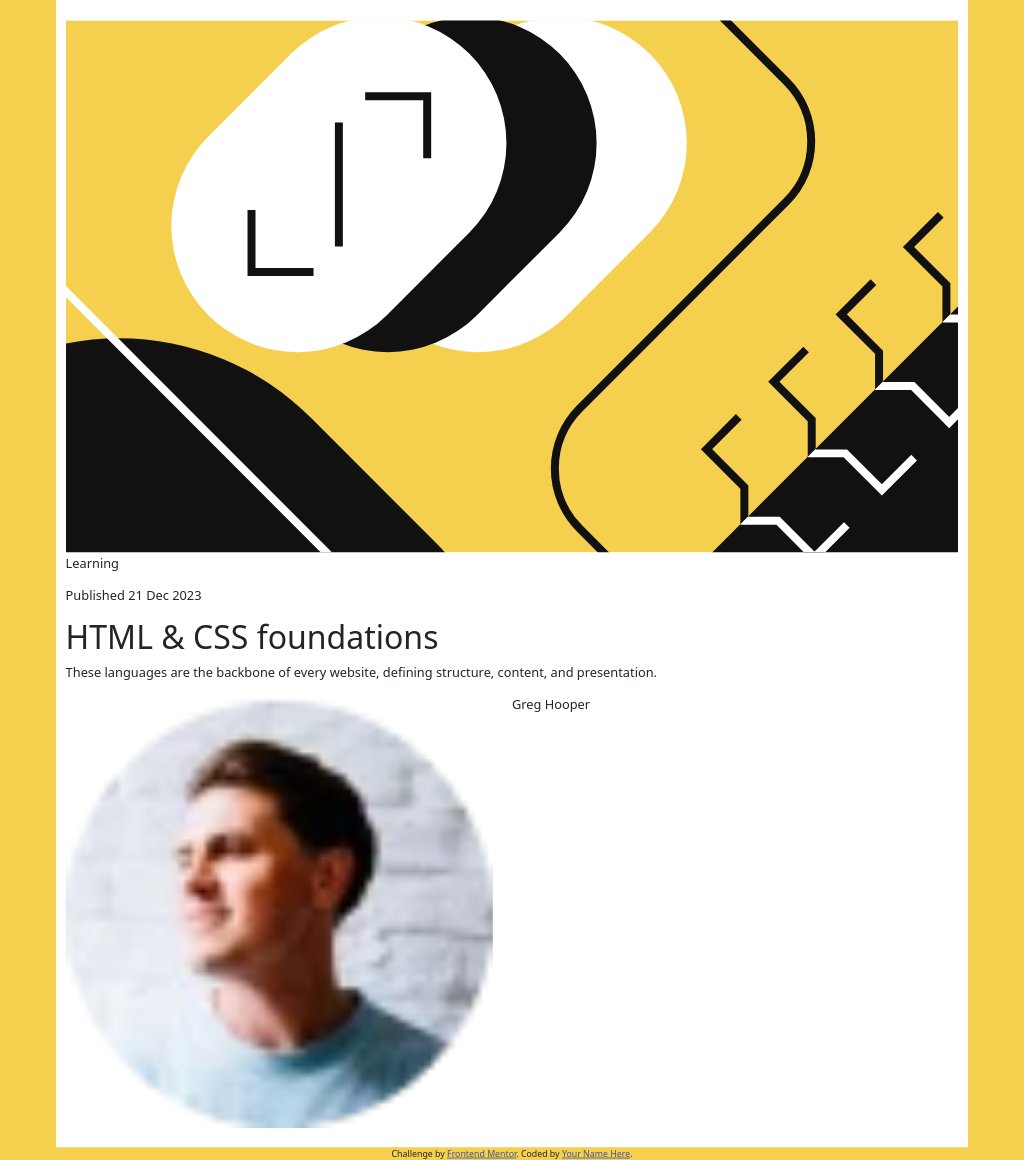
Repository: blordeus/blog-preview-card
Page: index.html
The author's editor kept a copy of each file at every save. The page is drawn from the files as they stood at one save, then again after a run of saves.
The browser window is 1280 px wide. The pictures show the whole page, at 80% of full size.
The style sheet was rebuilt from its Sass, Less or Tailwind sources for each picture, by a compiler version that may differ from the author's.

Above is the page before, as saved 2024-02-10 09:15:37.

After the next 3 saves:
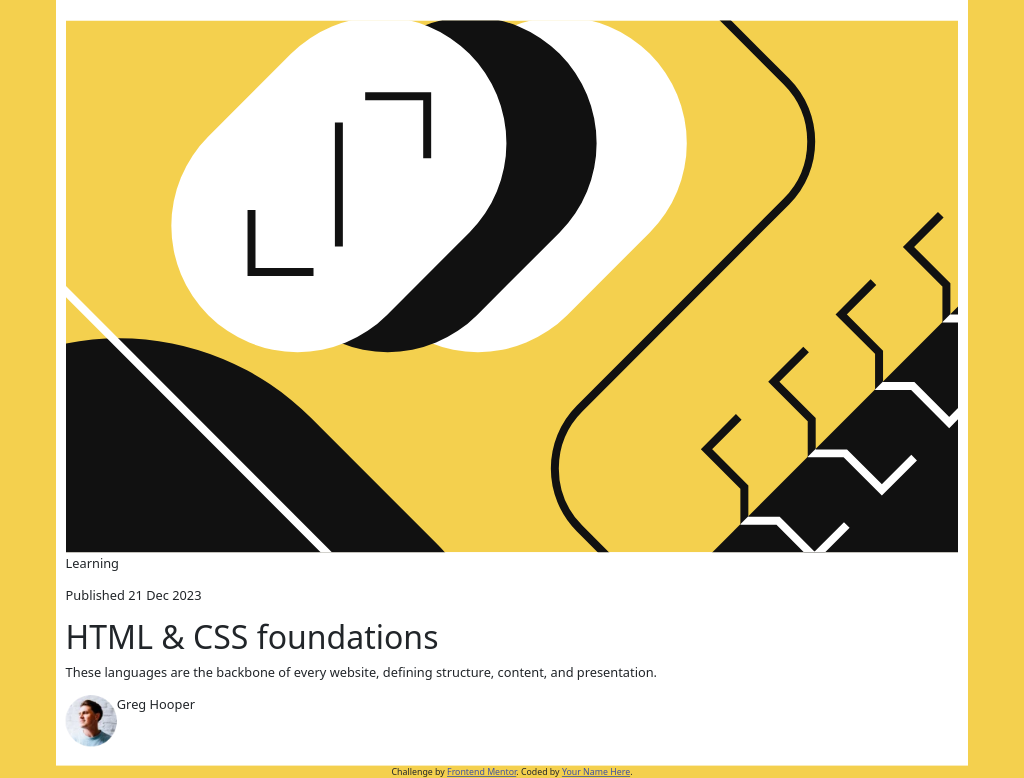
The 3 saves are shown as one change because they came seconds apart.
The last was saved 11 s later.
--- a/index.html
+++ b/index.html
@@ -23,8 +23,8 @@
 
     <p>These languages are the backbone of every website, defining structure, content, and presentation.</p>
 
-    <div class=" row">
-      <img class="col" src="assets\images\image-avatar.webp" alt="author image">
+    <div class="d-flex">
+      <img class="" src="assets\images\image-avatar.webp" alt="author image">
       <p class="col">Greg Hooper</p>
     </div>
 
